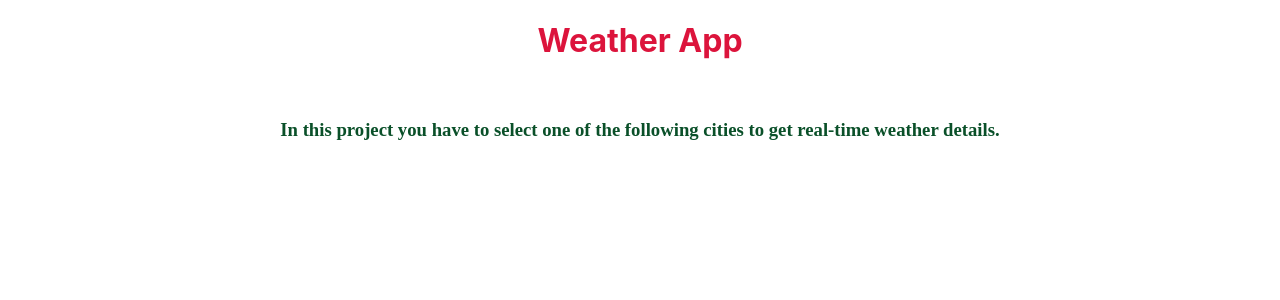
Repository: AalokJadhav/Weather_Website
Page: welcome.html
These files come from the project's save history. The page is drawn as it stood at one moment and after the next save; the edit follows.
The browser window is 1280 px wide. The pictures show the whole page.

Above is the page before, as saved 2020-11-03 08:00:26.

After the next save:
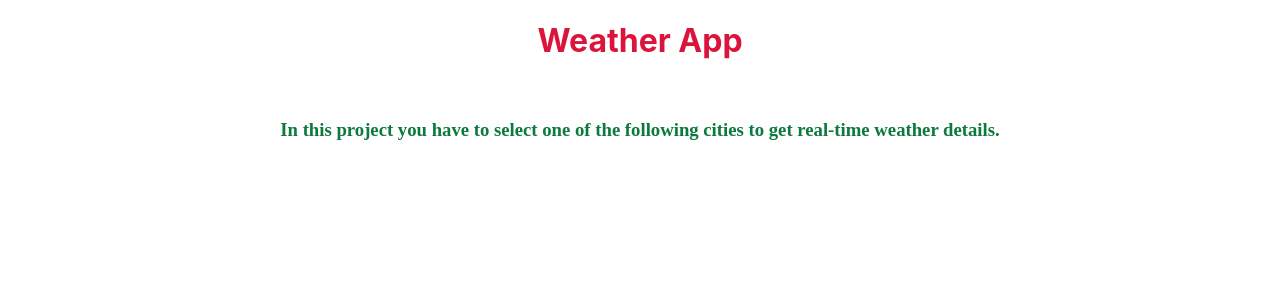
Saved 9 s later.
--- a/welcome.html
+++ b/welcome.html
@@ -9,7 +9,7 @@
     <h1 style="font-family:-apple-system, BlinkMacSystemFont, 'Segoe UI', Roboto, Oxygen, Ubuntu, Cantarell, 'Open Sans', 'Helvetica Neue', sans-serif; color: crimson;text-align: center;"> Weather App</h1>
     <br>
     <h3>
-        <p style="color: rgb(10, 80, 41);">
+        <p style="color: rgb(12, 121, 61);">
         In this project you have to select one of the following cities to get real-time weather details.
     </p>
     </h3>
